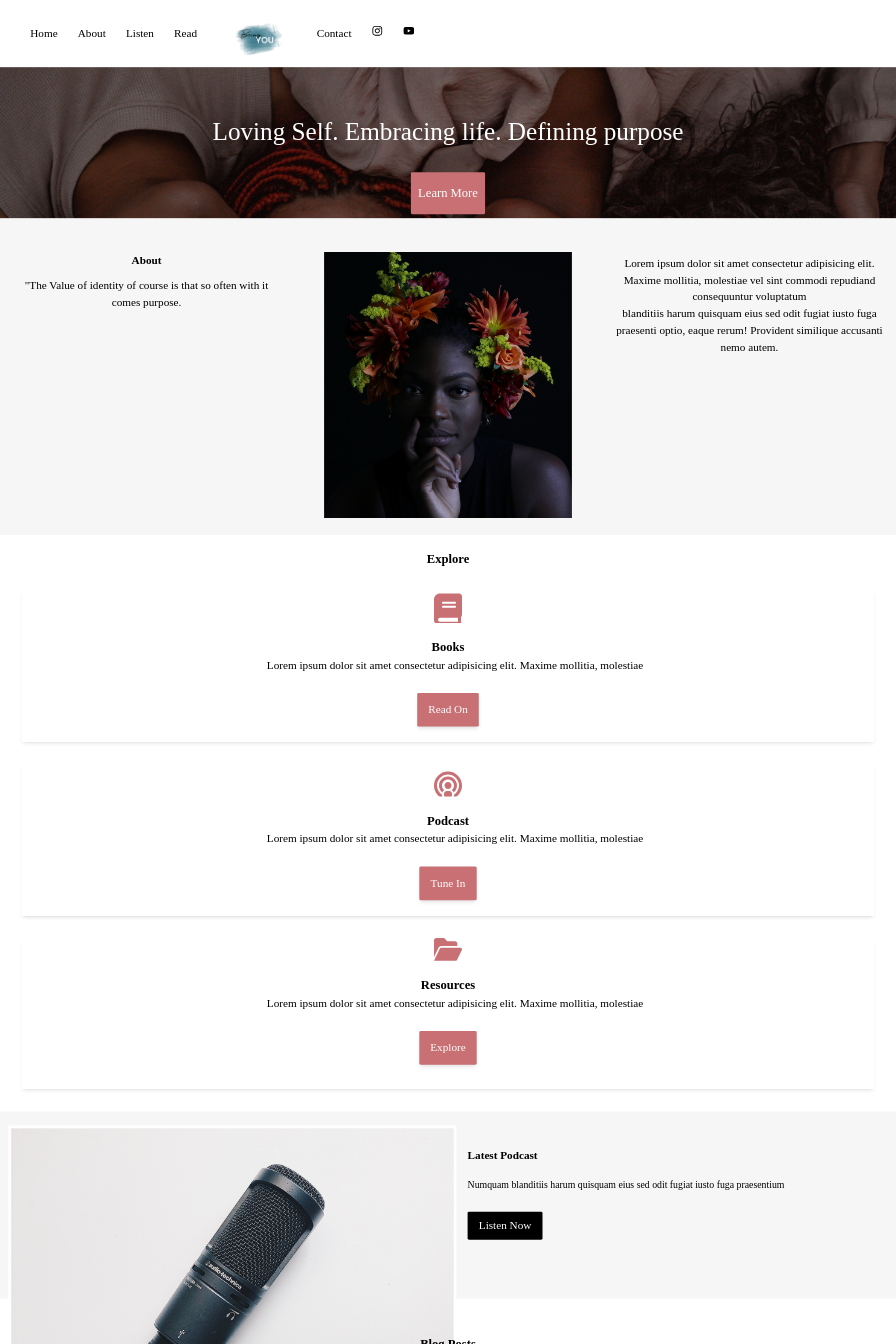
Repository: BrightonMboya/being-you
Page: /
The author's editor kept a copy of each file at every save. The page is drawn from the files as they stood at one save, then again after the next save.
The browser window is 1280 px wide. The pictures show the part of the page from y = 0 to 1920 px (the page is 3088 px tall before and 3028 px after), at 70% of full size.
The project was rebuilt for these pictures with package versions that can differ from the ones it lists, and the page was loaded fresh each time.

Above is the page before, as saved 2022-05-29 10:09:44.

After the next save:
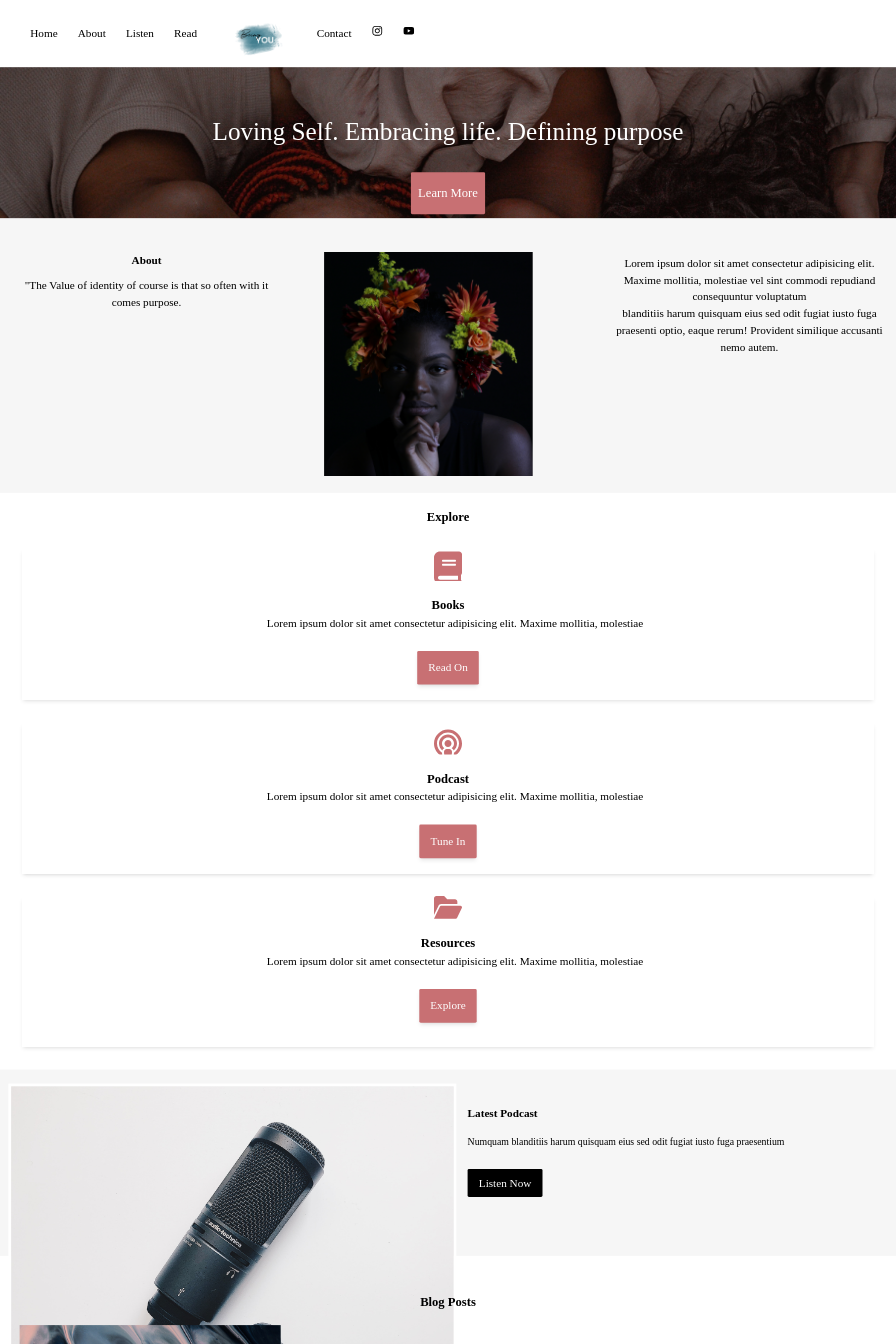
Saved 11 min 19 s later.
--- a/src/Components/About/About.jsx
+++ b/src/Components/About/About.jsx
@@ -12,7 +12,7 @@ const About = () => {
             purpose.
           </p>
         </div>
-        <img src={about} alt="" className="mt-6 px-8" />
+        <img src={about} alt="" className="mt-6 px-8 h-80" />
         <p className="text-center px-3 text-sm mt-7 md:text-base">
           Lorem ipsum dolor sit amet consectetur adipisicing elit. Maxime
           mollitia, molestiae vel sint commodi repudiand consequuntur voluptatum
